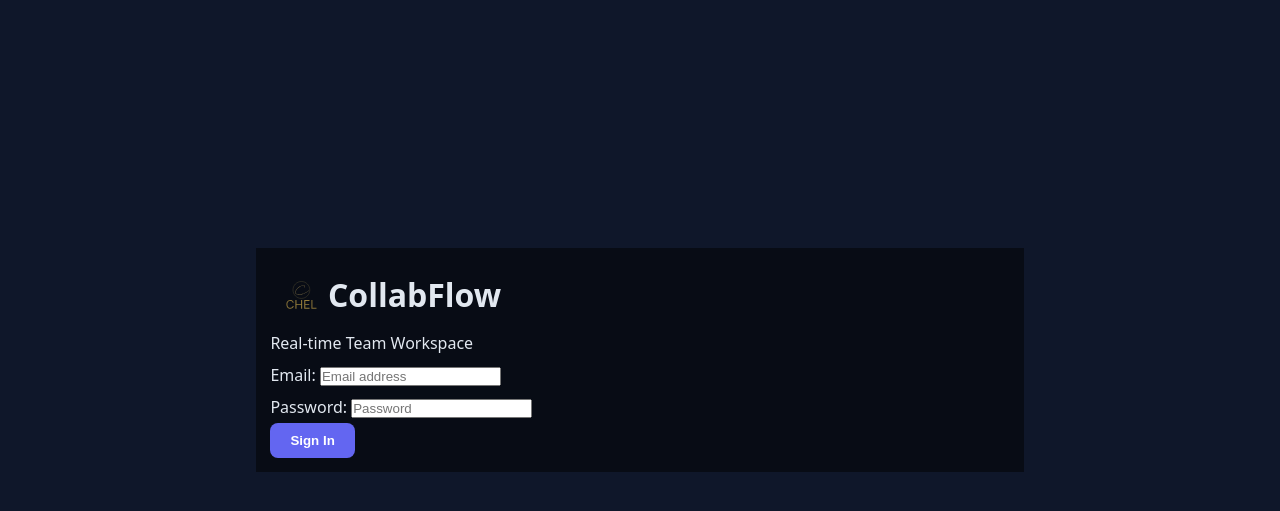
Repository: Lovethrech/collabflow
Page: /
An editor plug-in stored every save of this project. The page is shown before and after the next save, followed by the edit.
The browser window is 1280 px wide. The pictures show the whole page.
The project was rebuilt for these pictures with package versions that can differ from the ones it lists, and the page was loaded fresh each time. The framework's server and built-in components were replaced by stand-ins that run in the browser. Also part of the build but not shown: nuxt.config.ts.

Above is the page before, as saved 2026-05-20 19:31:05.

### app/assets/css/main.css
:root {
    --primary: #6366f1;
    --primary-dark: #4f46e5;
    --bg: #0f172a;
    --card: #1e2937;
    --card-hover: #334155;
    --text: #e2e8f0;
    --text-light: #94a3b8;
    --border: #475569;
}

* {
    margin: 0;
    padding: 0;
    box-sizing: border-box;
    outline: 0;
    text-decoration: none;
}

body {
    font-family: system-ui, -apple-system, BlinkMacSystemFont, 'Segoe UI', Roboto, sans-serif;
    background-color: var(--bg);
    color: var(--text);
    line-height: 2;
}

#app{
    min-height: 100vh;
}

.container {
    max-width: 1280px;
    margin: 0 auto;
    padding: 0 20px;
}

/* Basic button styles */
.btn {
    padding: 10px 20px;
    border: none;
    border-radius: 8px;
    font-weight: 600;
    cursor: pointer;
    transition: all 0.2s;
}

.btn-primary {
    background: var(--primary);
    color: white;
}

.btn-primary:hover {
    background: var(--primary-dark);
}

.flex-center-center{
    display: flex;
    place-items: center;
    justify-content: center;
}
.flex-row{
    display: flex;
    flex-direction: row;
}
.full-width-height{
    width: 100%;
    height: 100vh;
}

### app/app.vue
<script setup>
useHead({
  meta: [
    { name: 'viewport', content: 'width=device-width, initial-scale=1' }
  ],
  link: [
    { rel: 'icon', href: '/favicon.ico' }
  ],
  htmlAttrs: {
    lang: 'en'
  }
})

const title = 'Chel CollabFlow'
const description = ''

useSeoMeta({
  title,
  description,
  ogTitle: title,
  ogDescription: description,
  ogImage: 'https://ui.nuxt.com/assets/templates/nuxt/starter-light.png',
  twitterCard: 'summary_large_image'
})
</script>

<template>
  <div id="app">
      <main>
        <NuxtPage />
      </main>
  </div>
</template>

### app/pages/index.vue
<script setup>
const title = 'Auth | Chel CollabFlow'
const description = ''

useSeoMeta({
    title,
    description
})
</script>

<template>
    <div class="auth-page flex-center-center">
        <div class="auth-card">
            <div class="auth-title-ctn flex-row">
                <img src="/ChelModernLogo.svg" alt="">
                <h1>CollabFlow</h1>
            </div>
            <p class="title-desc">
                Real-time Team Workspace
            </p>
            <form @submit.prevent="">
                <div class="auth-form-label-and-input-ctn">
                    <label for="email">
                        Email:
                    </label>
                    <input
                        v-model="email"
                        type="email"
                        placeholder="Email address"
                        requires
                    />
                </div>
                <div class="auth-form-label-and-input-ctn">
                    <label for="password">
                        Password:
                    </label>
                    <input
                        v-model="password"
                        type="password"
                        placeholder="Password"
                        requires
                    />
                </div>
                <button type="submit" class="btn btn-primary" :disabled="loading">
                    {{loading? "Signing in ..." : "Sign In"}}
                </button>
            </form>
        </div>
    </div>
</template>

<style scoped>
.auth-page{
    width: 100%;
    height: 100vh;
}
.auth-card{
    background-color: #0000007e;
    width: 60%;
    padding: 2vh;
}
.auth-title-ctn img{
    width: 8vh;
}
</style>

After the next save:
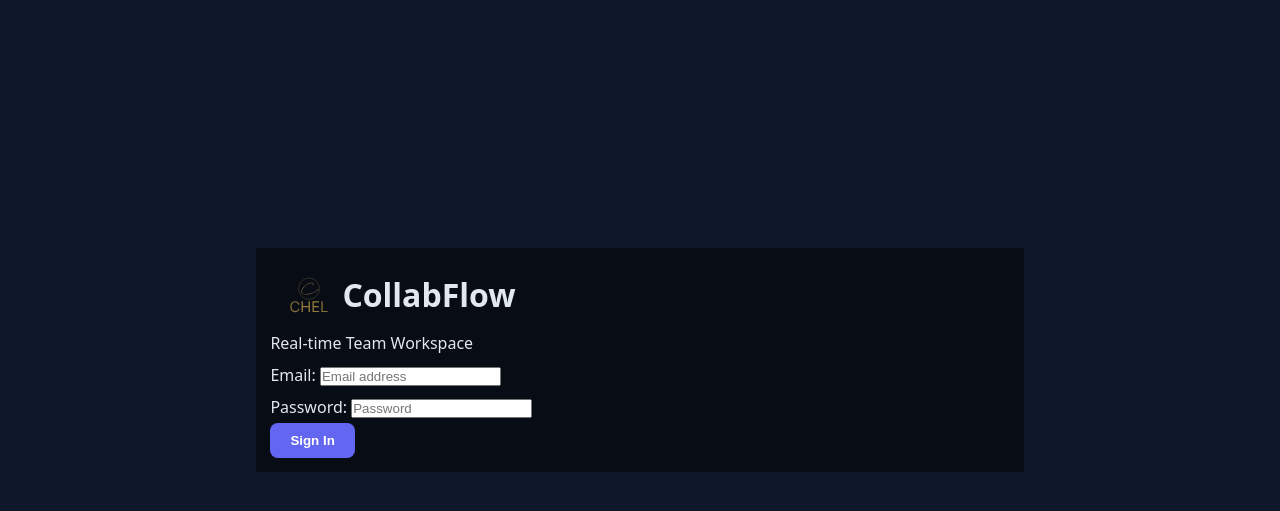
Saved 5 s later.
--- a/app/pages/index.vue
+++ b/app/pages/index.vue
@@ -60,6 +60,6 @@
     padding: 2vh;
 }
 .auth-title-ctn img{
-    width: 8vh;
+    width: 10vh;
 }
 </style>
